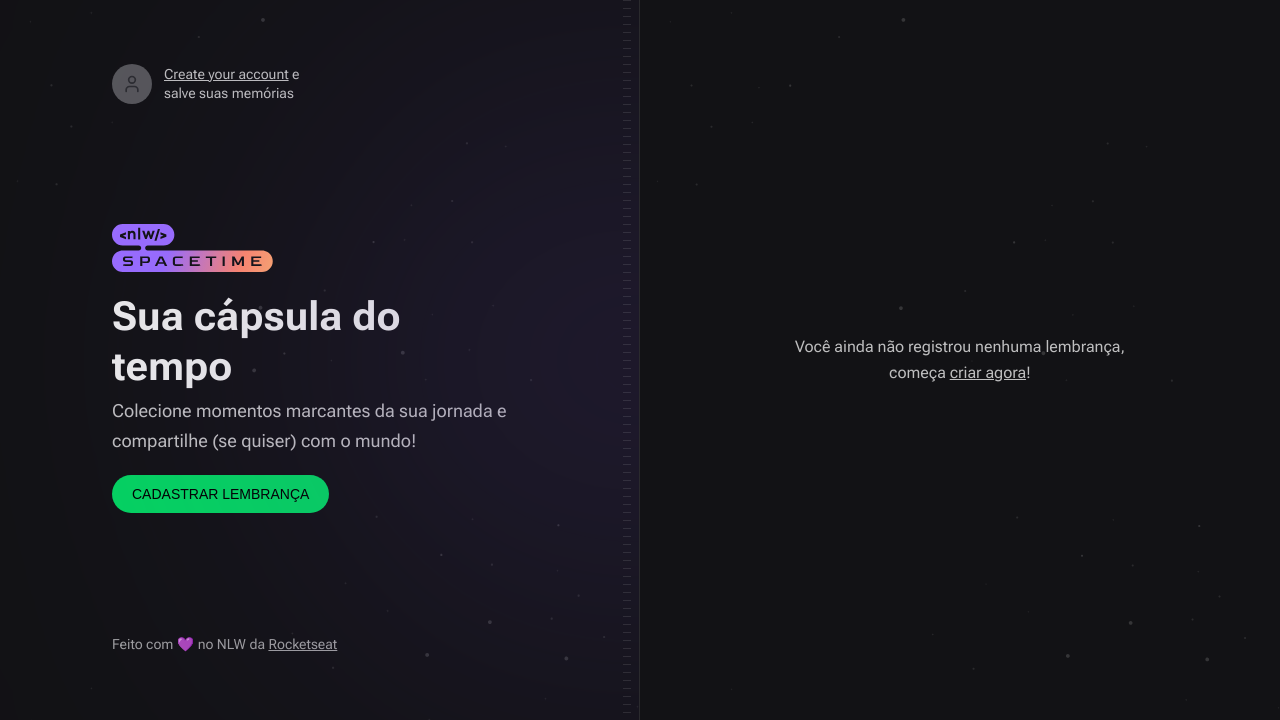
Repository: alexandrecpedro/spacetime
Page: / (app in frontend/)
An editor plug-in stored every save of this project. The page is shown before and after the next save, followed by the edit.
The browser window is 1280 px wide. The pictures show the whole page.
Some web fonts or font styles are not loaded; a fallback is used. The project was rebuilt for these pictures with package versions that can differ from the ones it lists, and the page was loaded fresh each time. The framework's server and built-in components were replaced by stand-ins that run in the browser. Also part of the build but not shown: frontend/next.config.js.

Above is the page before, as saved 2023-05-16 21:32:04.

After the next save:
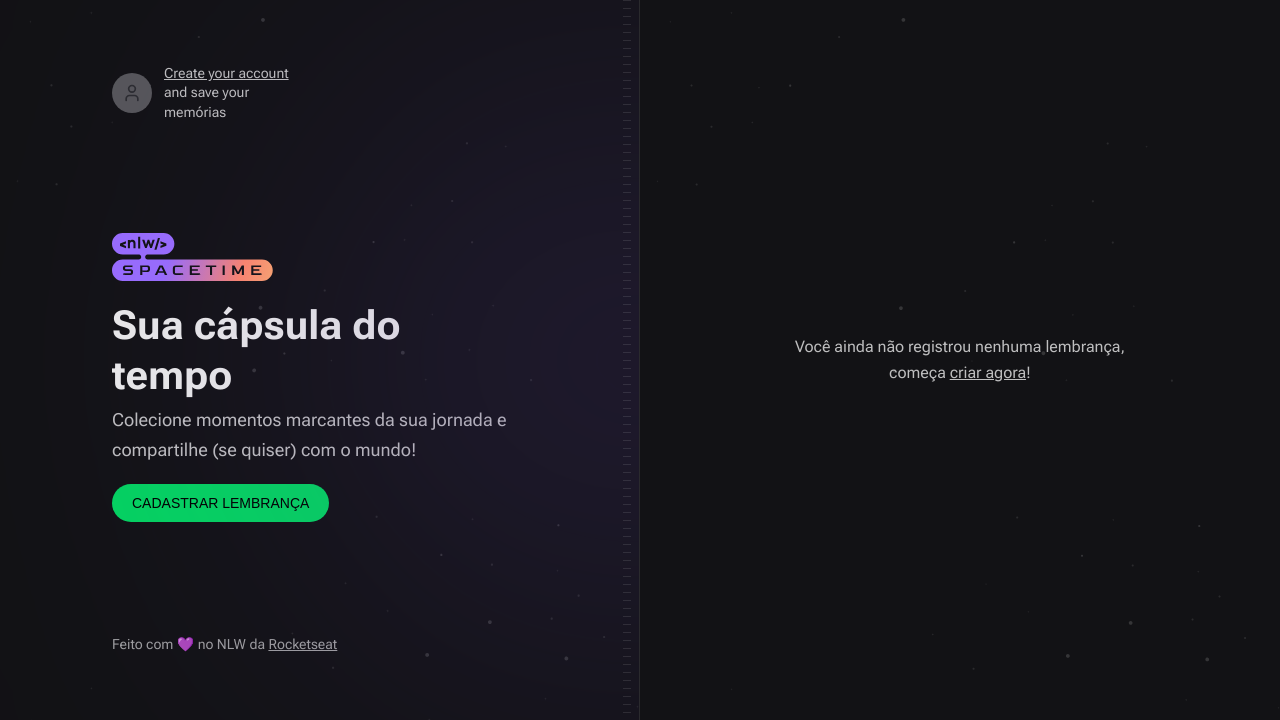
Saved 12 s later.
--- a/frontend/src/app/page.tsx
+++ b/frontend/src/app/page.tsx
@@ -24,7 +24,7 @@ export default function Home() {
           </div>
 
           <p className="max-w-[140px] text-sm leading-snug">
-            <span className="underline">Create your account</span> e salve suas
+            <span className="underline">Create your account</span> and save your
             memórias
           </p>
         </a>
